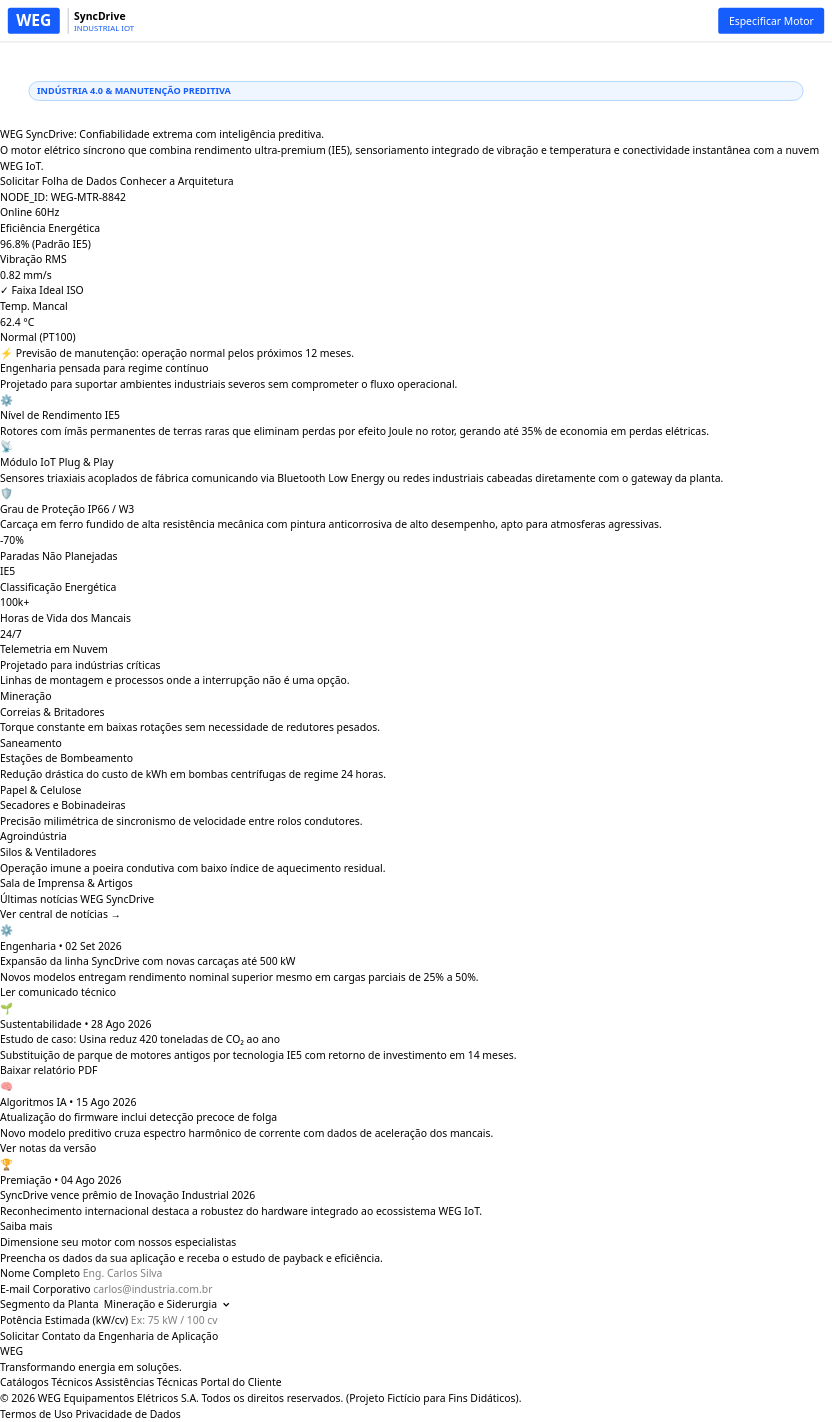
Repository: camilewng/Exercicio-Tailwind
Page: index.html
An editor plug-in stored every save of this project. The page is shown before and after the next save, followed by the edit.
The browser window is 1280 px wide. The pictures show the whole page, at 65% of full size.

Above is the page before, as saved 2026-09-08 19:12:49.

### index.html
<!DOCTYPE html>
<html lang="pt-BR">
<head>
  <meta charset="UTF-8">
  <meta name="viewport" content="width=device-width, initial-scale=1.0">
  <title>WEG SyncDrive IoT - Exercício Tailwind CSS</title>
  <script src="https://cdn.jsdelivr.net/npm/@tailwindcss/browser@4"></script>
</head>
<body>

  <!-- ==========================================
       1. HEADER / NAVBAR
       Desafio:
       - Fixar no topo (sticky top-0) com fundo translúcido/blur.
       - Logo WEG em destaque com fundo azul industrial.
       - Menu oculto em telas pequenas e visível em lg:.
  =========================================== -->
  <header>
    <div class="flex flex-row justify-between border-b border-gray-300 mb-15">
      <div class="flex">
        <div class="bg-blue-600 text-white text-2xl font-black w-20 h-10 text-center pt-0.75 rounded-sm m-3">
          WEG
        </div>
        <div class="flex flex-col border-l-2 border-gray-300 h-10 pl-2 mt-3">
          <span class="font-bold">SyncDrive</span>
          <span class="text-blue-600 uppercase font-medium text-xs">Industrial IoT</span>
        </div>
      </div>

      <nav class="hidden">
        <a href="#solucao">A Solução</a>
        <a href="#recursos">Tecnologia</a>
        <a href="#metricas">Performance</a>
        <a href="#aplicacoes">Aplicações</a>
        <a href="#novidades">Notícias</a>
      </nav>

      <div class="flex">
        <a href="#contato" class="hidden">Falar com Consultor</a>
        <a href="#contato" class="bg-blue-600 text-white px-4 py-2 mr-3 mt-3 mb-3 rounded-sm font-medium">
          Especificar Motor
        </a>
      </div>
    </div>
  </header>

  <main>
    <!-- ==========================================
         2. HERO SECTION
         Desafio:
         - Layout em grid de 2 colunas no desktop (texto + painel de telemetria).
         - Centralizado no mobile, alinhado à esquerda em lg:.
         - Estilizar o card escuro de telemetria com badges e status.
    =========================================== -->
    <section id="solucao">
      <div>
        <div>

          <!-- Coluna 1: Conteúdo Textual -->
          <div >
            <span class="bg-blue-50 border border-blue-300 uppercase text-sm text-blue-600
                         font-semibold p-1 px-3 rounded-4xl flex mx-11 mb-10">
              Indústria 4.0 & Manutenção Preditiva
            </span>
            <h1>WEG SyncDrive: Confiabilidade extrema com inteligência preditiva.</h1>
            <p>
              O motor elétrico síncrono que combina rendimento ultra-premium (IE5), sensoriamento integrado de vibração e temperatura e conectividade instantânea com a nuvem WEG IoT.
            </p>
            <div>
              <a href="#contato">Solicitar Folha de Dados</a>
              <a href="#recursos">Conhecer a Arquitetura</a>
            </div>
          </div>

          <!-- Coluna 2: Card de Telemetria IoT -->
          <div>
            <div>
              <div>
                <span>NODE_ID: WEG-MTR-8842</span>
                <div>
                  <span></span>
                  <span>Online 60Hz</span>
                </div>
              </div>

              <div>
                <div>
                  <span>Eficiência Energética</span>
                  <div>96.8% <span>(Padrão IE5)</span></div>
                </div>

                <div>
                  <div>
                    <span>Vibração RMS</span>
                    <div>0.82 mm/s</div>
                    <span>✓ Faixa Ideal ISO</span>
                  </div>
                  <div>
                    <span>Temp. Mancal</span>
                    <div>62.4 °C</div>
                    <span>Normal (PT100)</span>
                  </div>
                </div>

                <div>
                  ⚡ Previsão de manutenção: operação normal pelos próximos 12 meses.
                </div>
              </div>
            </div>
          </div>

        </div>
      </div>
    </section>

    <!-- ==========================================
         3. RECURSOS / ESPECIFICAÇÕES TÉCNICAS
         Desafio:
         - Grid responsivo de 3 colunas (1 col mobile, 3 cols desktop).
         - Efeito hover nos cards com transição suave de borda ou sombra.
    =========================================== -->
    <section id="recursos">
      <div>
        <div>
          <h2>Engenharia pensada para regime contínuo</h2>
          <p>Projetado para suportar ambientes industriais severos sem comprometer o fluxo operacional.</p>
        </div>

        <div>
          <article>
            <div>⚙️</div>
            <h3>Nível de Rendimento IE5</h3>
            <p>Rotores com ímãs permanentes de terras raras que eliminam perdas por efeito Joule no rotor, gerando até 35% de economia em perdas elétricas.</p>
          </article>

          <article>
            <div>📡</div>
            <h3>Módulo IoT Plug & Play</h3>
            <p>Sensores triaxiais acoplados de fábrica comunicando via Bluetooth Low Energy ou redes industriais cabeadas diretamente com o gateway da planta.</p>
          </article>

          <article>
            <div>🛡️</div>
            <h3>Grau de Proteção IP66 / W3</h3>
            <p>Carcaça em ferro fundido de alta resistência mecânica com pintura anticorrosiva de alto desempenho, apto para atmosferas agressivas.</p>
          </article>
        </div>
      </div>
    </section>

    <!-- ==========================================
         4. MÉTRICAS / NÚMEROS INDUSTRIAIS
         Desafio:
         - Seção de alto contraste (fundo escuro slate-900).
         - Grid de 2 colunas no mobile e 4 colunas em telas maiores.
    =========================================== -->
    <section id="metricas">
      <div>
        <div>
          <div>
            <div>-70%</div>
            <div>Paradas Não Planejadas</div>
          </div>
          <div>
            <div>IE5</div>
            <div>Classificação Energética</div>
          </div>
          <div>
            <div>100k+</div>
            <div>Horas de Vida dos Mancais</div>
          </div>
          <div>
            <div>24/7</div>
            <div>Telemetria em Nuvem</div>
          </div>
        </div>
      </div>
    </section>

    <!-- ==========================================
         5. APLICAÇÕES INDUSTRIAIS
         Desafio:
         - Grid de 4 colunas adaptável (1 col mobile, 2 sm, 4 lg).
         - Uso de tags de categoria uppercase com tipografia reduzida.
    =========================================== -->
    <section id="aplicacoes">
      <div>
        <div>
          <h2>Projetado para indústrias críticas</h2>
          <p>Linhas de montagem e processos onde a interrupção não é uma opção.</p>
        </div>

        <div>
          <div>
            <span>Mineração</span>
            <h4>Correias & Britadores</h4>
            <p>Torque constante em baixas rotações sem necessidade de redutores pesados.</p>
          </div>

          <div>
            <span>Saneamento</span>
            <h4>Estações de Bombeamento</h4>
            <p>Redução drástica do custo de kWh em bombas centrífugas de regime 24 horas.</p>
          </div>

          <div>
            <span>Papel & Celulose</span>
            <h4>Secadores e Bobinadeiras</h4>
            <p>Precisão milimétrica de sincronismo de velocidade entre rolos condutores.</p>
          </div>

          <div>
            <span>Agroindústria</span>
            <h4>Silos & Ventiladores</h4>
            <p>Operação imune a poeira condutiva com baixo índice de aquecimento residual.</p>
          </div>
        </div>
      </div>
    </section>

    <!-- ==========================================
         6. NOVIDADES / NOTÍCIAS (4 ITENS)
         Desafio:
         - Cabeçalho com alinhamento justify-between.
         - 4 cards em grid: 1 col (mobile), 2 cols (md), 4 cols (lg).
         - Imagem/banner visual com gradiente em cada notícia.
         - Flexbox nos cards para fixar o link de leitura no rodapé.
    =========================================== -->
    <section id="novidades">
      <div>

        <div>
          <div>
            <span>Sala de Imprensa & Artigos</span>
            <h2>Últimas notícias WEG SyncDrive</h2>
          </div>
          <a href="#">Ver central de notícias →</a>
        </div>

        <div>
          <!-- Notícia 1 -->
          <article>
            <div>⚙️</div>
            <div>
              <div>
                <span>Engenharia</span>
                <span>•</span>
                <time>02 Set 2026</time>
              </div>
              <h3>
                <a href="#">Expansão da linha SyncDrive com novas carcaças até 500 kW</a>
              </h3>
              <p>Novos modelos entregam rendimento nominal superior mesmo em cargas parciais de 25% a 50%.</p>
              <a href="#">Ler comunicado técnico</a>
            </div>
          </article>

          <!-- Notícia 2 -->
          <article>
            <div>🌱</div>
            <div>
              <div>
                <span>Sustentabilidade</span>
                <span>•</span>
                <time>28 Ago 2026</time>
              </div>
              <h3>
                <a href="#">Estudo de caso: Usina reduz 420 toneladas de CO₂ ao ano</a>
              </h3>
              <p>Substituição de parque de motores antigos por tecnologia IE5 com retorno de investimento em 14 meses.</p>
              <a href="#">Baixar relatório PDF</a>
            </div>
          </article>

          <!-- Notícia 3 -->
          <article>
            <div>🧠</div>
            <div>
              <div>
                <span>Algoritmos IA</span>
                <span>•</span>
                <time>15 Ago 2026</time>
              </div>
              <h3>
                <a href="#">Atualização do firmware inclui detecção precoce de folga</a>
              </h3>
              <p>Novo modelo preditivo cruza espectro harmônico de corrente com dados de aceleração dos mancais.</p>
              <a href="#">Ver notas da versão</a>
            </div>
          </article>

          <!-- Notícia 4 -->
          <article>
            <div>🏆</div>
            <div>
              <div>
                <span>Premiação</span>
                <span>•</span>
                <time>04 Ago 2026</time>
              </div>
              <h3>
                <a href="#">SyncDrive vence prêmio de Inovação Industrial 2026</a>
              </h3>
              <p>Reconhecimento internacional destaca a robustez do hardware integrado ao ecossistema WEG IoT.</p>
              <a href="#">Saiba mais</a>
            </div>
          </article>
        </div>

      </div>
    </section>

    <!-- ==========================================
         7. FORMULÁRIO DE CONTATO / DIMENSIONAMENTO
         Desafio:
         - Inputs estilizados com focus rings.
         - Grid de formulário com campos em 2 colunas no desktop.
    =========================================== -->
    <section id="contato">
      <div>
        <div>
          <h2>Dimensione seu motor com nossos especialistas</h2>
          <p>Preencha os dados da sua aplicação e receba o estudo de payback e eficiência.</p>
        </div>

        <form>
          <div>
            <div>
              <label>Nome Completo</label>
              <input type="text" placeholder="Eng. Carlos Silva">
            </div>
            <div>
              <label>E-mail Corporativo</label>
              <input type="email" placeholder="carlos@industria.com.br">
            </div>
          </div>

          <div>
            <div>
              <label>Segmento da Planta</label>
              <select>
                <option>Mineração e Siderurgia</option>
                <option>Papel e Celulose</option>
                <option>Saneamento e Água</option>
                <option>Química e Petroquímica</option>
                <option>Alimentos e Bebidas</option>
              </select>
            </div>
            <div>
              <label>Potência Estimada (kW/cv)</label>
              <input type="text" placeholder="Ex: 75 kW / 100 cv">
            </div>
          </div>

          <button type="submit">Solicitar Contato da Engenharia de Aplicação</button>
        </form>
      </div>
    </section>
  </main>

  <!-- ==========================================
       8. RODAPÉ / FOOTER
       Desafio:
       - Layout corporativo com tipografia sutil.
       - Disposição em flexbox responsivo (colunas empilhadas no mobile, linha no desktop).
  =========================================== -->
  <footer>
    <div>
      <div>
        <div>
          <div>WEG</div>
          <span>Transformando energia em soluções.</span>
        </div>
        <div>
          <a href="#">Catálogos Técnicos</a>
          <a href="#">Assistências Técnicas</a>
          <a href="#">Portal do Cliente</a>
        </div>
      </div>
      <div>
        <p>© 2026 WEG Equipamentos Elétricos S.A. Todos os direitos reservados. (Projeto Fictício para Fins Didáticos).</p>
        <div>
          <a href="#">Termos de Uso</a>
          <a href="#">Privacidade de Dados</a>
        </div>
      </div>
    </div>
  </footer>

</body>
</html>

After the next save:
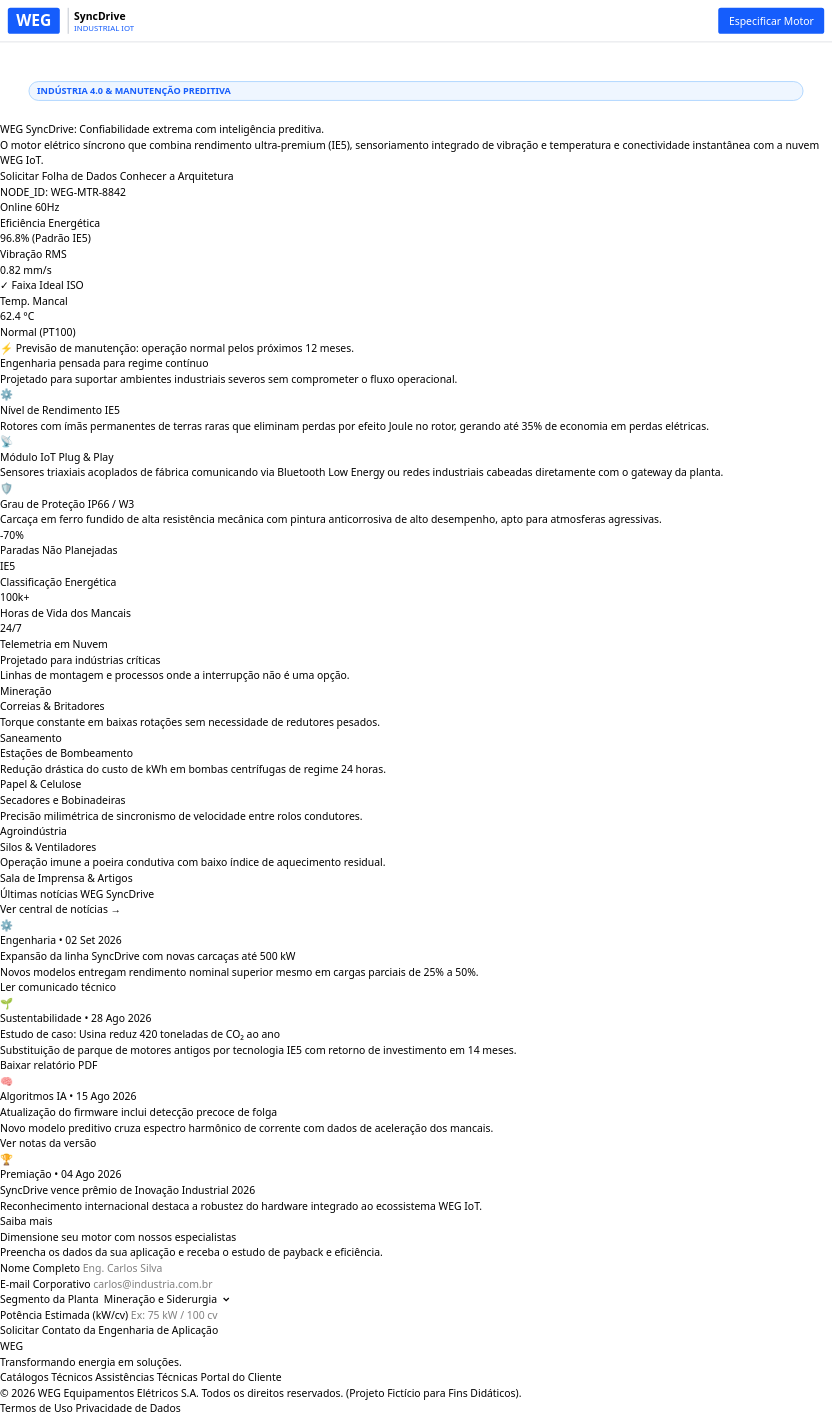
Saved 8 s later.
--- a/index.html
+++ b/index.html
@@ -59,7 +59,7 @@
           <!-- Coluna 1: Conteúdo Textual -->
           <div >
             <span class="bg-blue-50 border border-blue-300 uppercase text-sm text-blue-600
-                         font-semibold p-1 px-3 rounded-4xl flex mx-11 mb-10">
+                         font-semibold p-1 px-3 rounded-4xl flex mx-11 mb-8">
               Indústria 4.0 & Manutenção Preditiva
             </span>
             <h1>WEG SyncDrive: Confiabilidade extrema com inteligência preditiva.</h1>
